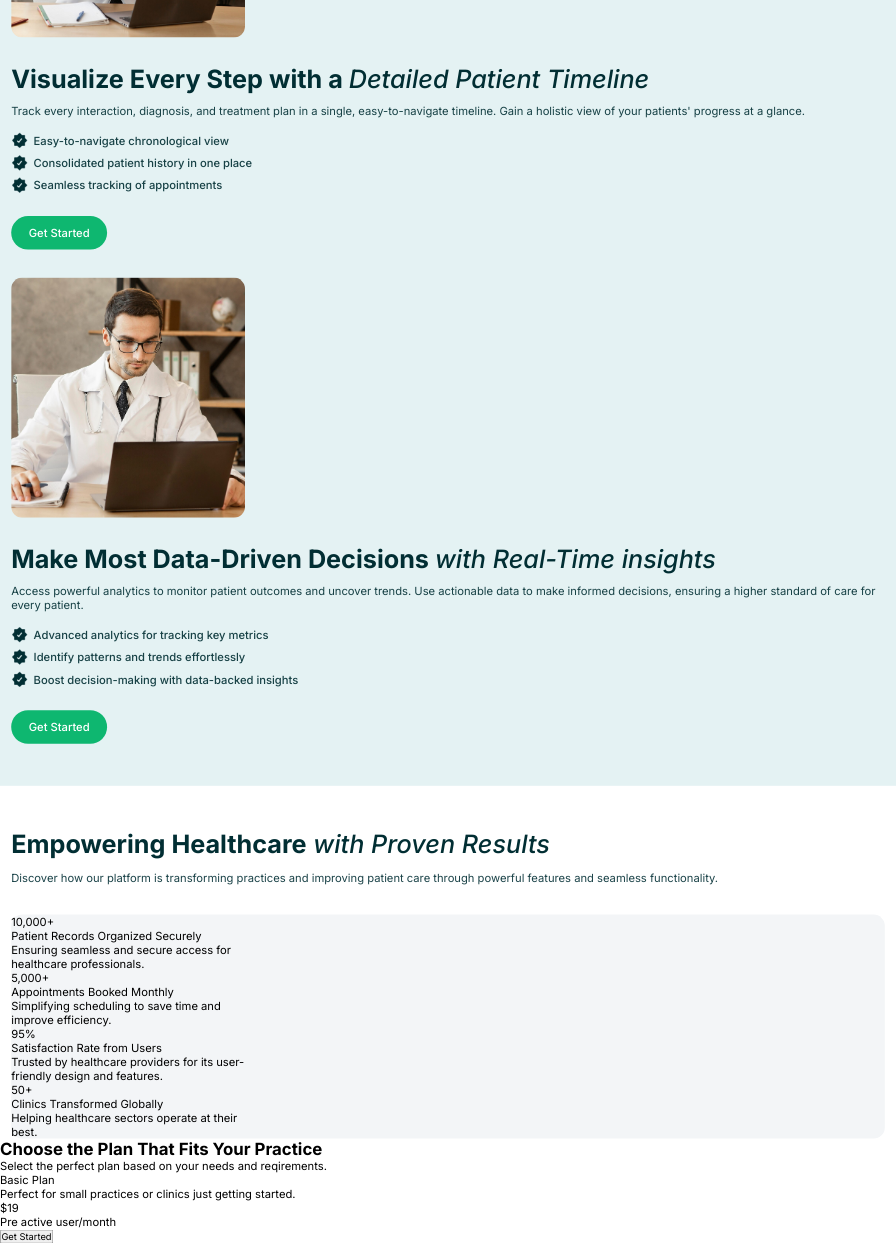
Repository: DiegoWWeege/recuperacao-prova-front-end
Page: index.html
These files come from the project's save history. The page is drawn as it stood at one moment and after the next save; the edit follows.
The browser window is 1280 px wide. The pictures show the part of the page from y = 1882 to 3802 px (the page is 3658 px tall before and 3802 px after), at 70% of full size.

Above is the page before, as saved 2026-06-22 19:05:11.

### index.html
<!DOCTYPE html>
<html lang="pt-br">
<head>
    <meta charset="UTF-8">
    <meta name="viewport" content="width=device-width, initial-scale=1.0">
    <title>ERTIFY HEALTH</title>
    <link rel="stylesheet" href="style.css">
</head>
<body>

    <!--Cabeçalho da Lading Page-->

    <header>
        <img src="images/logo.png" alt="Ertify Health logo">

        <section>
        <button aria-label = "Get Started" class = "get-started-button">Get Started</button>

            <img src="icons/burguer-menu.png" alt="Burguer menu">
        </section>
    </header>

    <!--Conteúdo principal da Lading Page-->
    <main class = "hero-section">

        <section>
            <h1>Simple & Secure Patient <span>Management</span></h1>
            <!-- Foi dado um espaço na palavra &amp, pois quando junta apresentava erro no html!-->
            <p>CERTIFY’s platform automates intake & amp; check-in processes
            so you can put the focus back on delivering quality care.</p>
        </section>

        <section id = "buttons-section">
            <button  aria-label = "Get Started" class = "get-started-button">Get Started</button>
            <button aria-label = "Play demo" class = "play-demo-button">Play Demo</button>
        </section>

        <img src="images/three-doctors.png" alt="Three doctors">
    </main>



    <section class = "section-patient-journey">
        <h2>Get a Proper Visualisation on <span>Patient Jouney</span></h2>

        <p>Understand and  manage your patients' healthcare journeys with
            clarity and precision. Our platform offers tools that provide
            actionable insights at every stage.</p>


        <section class = "image-text-benefits">

            <img src="images/doctor-xray.png" alt="A doctor sitting in his desk looking at an x-ray">

            <h2>Visualize Every Step with a <span>Detailed Patient Timeline</span></h2>

            <p>Track every interaction, diagnosis, and treatment
                plan in a single, easy-to-navigate
                timeline. Gain a holistic view of your patients'
                progress at a glance.</p>

            <section class = "benefits-grid">

                <img src="icons/checkmark-badge-02.png" alt="">
                <p class = "benefit">Easy-to-navigate chronological view</p>

                <img src="icons/checkmark-badge-02.png" alt="">
                <p class = "benefit">Consolidated patient history in one place</p>

                <img src="icons/checkmark-badge-02.png" alt="">
                <p class = "benefit">Seamless tracking of appointments</p>

            </section>

            <button  aria-label = "Get Started" class = "get-started-button">Get Started</button>

        </section>

        <section class = "image-text-benefits">

            <img src="images/doctor-laptop.png" alt="A doctor sitting in his desk looking at an x-ray">

            <h2>Make Most Data-Driven Decisions <span>with Real-Time insights</span></h2>

            <p>Access powerful analytics to monitor patient outcomes
                and uncover trends. Use actionable data
                 to make informed decisions, ensuring a higher standard
                 of care for every patient.</p>

            <section class = "benefits-grid">

                <img src="icons/checkmark-badge-02.png" alt="">
                <p class = "benefit">Advanced analytics for tracking key metrics</p>

                <img src="icons/checkmark-badge-02.png" alt="">
                <p class = "benefit">Identify patterns and trends effortlessly</p>

                <img src="icons/checkmark-badge-02.png" alt="">
                <p class = "benefit">Boost decision-making with data-backed insights</p>

            </section>

            <button  aria-label = "Get Started" class = "get-started-button">Get Started</button>

        </section>

    </section>

    <section class = "section-empowering-healthcare">
        <section class = "main-text">
            <h2>Empowering Healthcare<span> with Proven Results</span></h2>

        <p>Discover how our platform is transforming practices and improving
            patient care through powerful features and seamless functionality.</p>
        </section>

        <section class = "boxes-grid">
            <section class = "large-box">
                <p class = "first-p">10,000+</p>
                <p class = "second-p">Patient Records Organized Securely</p>

                <p class = "third-p">Ensuring seamless and secure access for healthcare professionals.</p>
            </section>

            <section class = "tiny-box">
                <p>5,000+</p>
                <p>Appointments Booked Monthly</p>

                <p>Simplifying scheduling to save time and improve efficiency.</p>
            </section>

            <section class = "large-box">
                <p>95%</p>
                <p>Satisfaction Rate from Users</p>

                <p>Trusted by healthcare providers for its user-friendly design and features.</p>
            </section>

            <section class = "tiny-box">
                <p>50+</p>
                <p>Clinics Transformed Globally</p>

                <p>Helping healthcare sectors operate at their best.</p>
            </section>
        </section>

    </section>


    <section id="plans-section">
        <h2>Choose the Plan That Fits <span>Your Practice</span></h2>

        <p>Select the perfect plan based on your needs and reqirements. </p>

        <section class = "white-plan">
            <p>Basic Plan</p>

            <p>Perfect for small practices or clinics just getting started.</p>

            <p>$19</p>

            <p>Pre active user/month</p>


            <button class = "blank-get-started-button">Get Started</button>

            <section class = "qualities-grid">


            </section>
        </section>
    </section>
</body>
</html>

### style.css
@import url('https://fonts.googleapis.com/css2?family=Inter:ital,opsz,wght@0,14..32,100..900;1,14..32,100..900&family=Roboto:ital,wght@0,100..900;1,100..900&display=swap');

*{
    margin: 0px;
    padding: 0px;
    font-family: 'Inter', sans-serif;
}

img{
    object-fit: cover;
}

header{
    background-color: #012E33;
    width: 100vw;
    border-bottom: 1px solid #1A4347;
    display: grid;
    grid-template-columns: 1fr auto;
    align-items: center;
    padding: 1rem;
    box-sizing: border-box;
}

.get-started-button{
    background-color: #0EB770;
    color: white;
    font-size: 1rem;
    font-weight: 500;
    border-radius: 100px;
    height: 2.5rem;
    width: 8.063rem;
    border-style: none;
    justify-self: end;

}

header section{
    display: grid;
    grid-template-columns:auto auto;
    align-items: center;
    gap: 1rem;
}

.hero-section{
    background-color: #012E33;
    padding-top: 4.313rem;
    box-sizing: border-box;
}

.hero-section h1{
    font-family: "Inter" , sans-serif;
    font-size: 2.75rem;
    font-weight: 700;
    color: white;
    margin-bottom: 0.75rem;
    margin-left: 1.375rem;
    margin-right: 0.625rem;

}

.hero-section span{
    font-weight: 400;
    font-family: "Inter" , sans-serif;
    font-style: italic;
}

.hero-section p{
    color: rgba(255, 255, 255, 0.904);
    line-height: 1.625rem;
    margin-bottom: 4.313rem;
    margin-left: 1.375rem;
    margin-right: 0.625rem;
}

.hero-section #buttons-section button{
    width: 21.438rem;
    height: 3.5rem;
    margin-left: 1.375rem;
    margin-right: 0.625rem;
}

.hero-section #buttons-section .get-started-button{
    margin-bottom: 1rem;
}

.hero-section #buttons-section .play-demo-button{
    border: 1px solid #044046;
    border-radius: 100px;
    background: none;
    color: white;
    align-items: center;
    font-weight: 500;
    font-size: 16px;
}

.hero-section img{
    width: 100vw;
    margin-top: 2rem;
}

.section-patient-journey{
    background-color: #E4F2F3;
    padding-left: 1rem;
    padding-right: 1rem;
    padding-top: 3.75rem;
    padding-bottom: 3.75rem;
}

.section-patient-journey h2{
    font-family: "Inter" , sans-serif;
    font-weight: 700;
    font-size: 36px;
    line-height: 46px;
    color: #012E33;
    text-align: center;
}

.section-patient-journey span{
    font-weight: 500;
    font-style: italic;
}

.section-patient-journey p{
    color: #012e33e7;
    font-weight: 400;
    text-align: center;
    margin-top: 0.75rem;
}

.section-patient-journey img{
    height: 21.438rem;
    width: 20.875rem;
    border-radius: 1rem;
    margin-top: 2.5rem;
    margin-bottom: 2rem;
}

.section-patient-journey .image-text-benefits h2{
    text-align: start;
}

.section-patient-journey .image-text-benefits p{
    text-align:  start;
}

.image-text-benefits .benefits-grid{
    display: grid;
    grid-template-columns: auto 1fr;
    gap: 0.5rem;
    margin-top: 1.313rem;
    margin-bottom: 2rem;
}

.image-text-benefits .benefits-grid img{
    width: 1.5rem;
    height: 1.5rem;
    margin: 0px;

}

.image-text-benefits .benefits-grid p{
    margin: 0px;
    align-self: center;
    font-weight: 500;
}

.image-text-benefits .get-started-button{
    height: 3rem;
    width: 8.563rem;
}

.section-empowering-healthcare .main-text{
    margin-top: 3.75rem;
    margin-left: 1rem;
}

.section-empowering-healthcare .main-text h2{
    font-family: "Inter" , sans-serif;
    font-weight: 700;
    line-height: 46px;
    font-size: 36px;
    color: #012E33;
    margin-bottom: 0.75rem;
}

.section-empowering-healthcare .main-text span{
    font-weight: 500;
    font-style: italic;
}

.section-empowering-healthcare .main-text p{
    font-family: "Inter" , sans-serif;
    font-weight: 400;
    font-size: 16px;
    line-height: 26px;
    color: #012E33E5;
    margin-bottom: 2.5rem;

}

.section-empowering-healthcare .boxes-grid{
    display: grid;
    grid-template-columns: 21.438rem;
    background-color: #F3F5F7;
    border-radius: 16px;
    margin-left: 1rem;
    margin-right: 1rem;

.boxes-grid .first-box{
 margin-left: ;
}

After the next save:
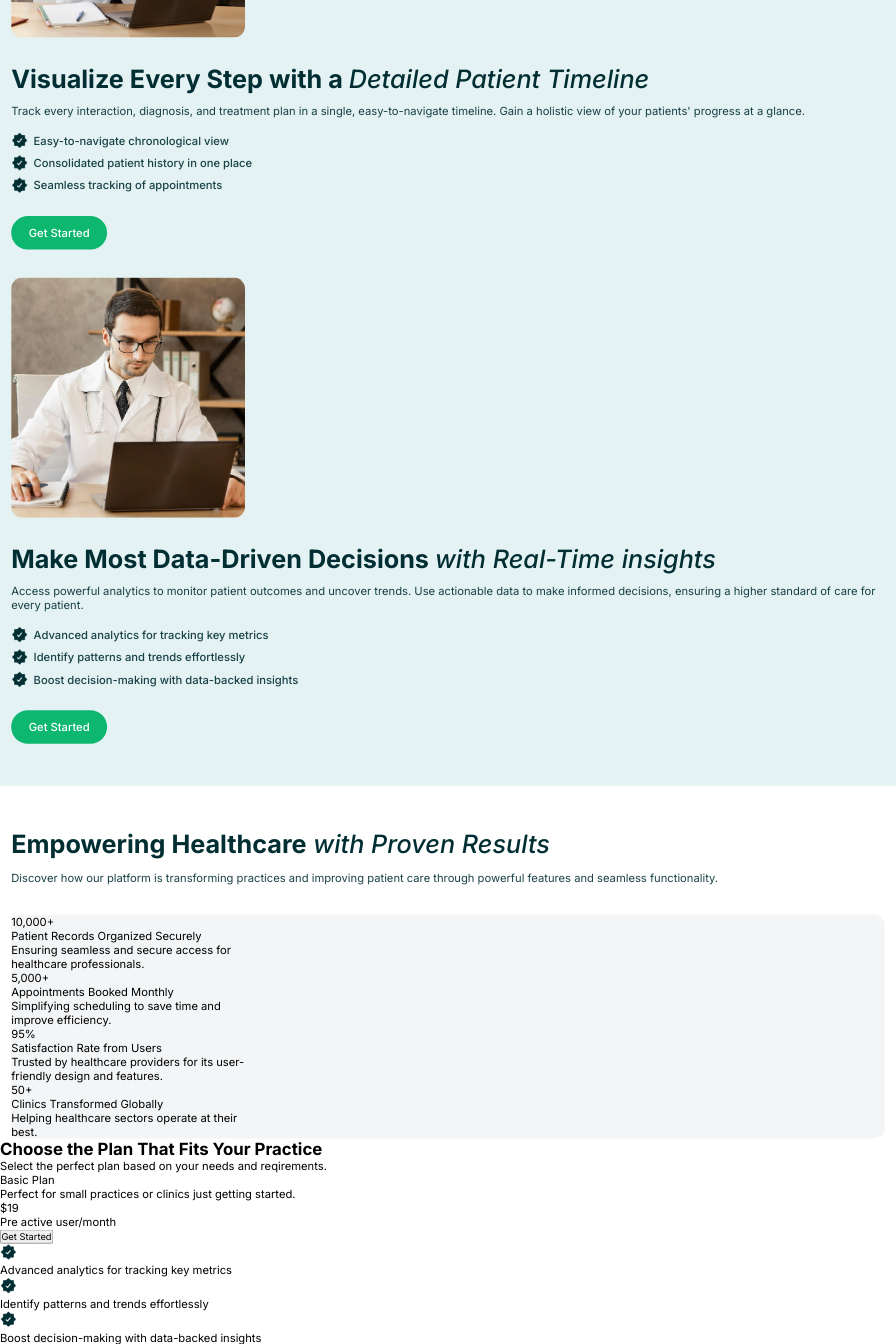
Saved 11 s later.
--- a/index.html
+++ b/index.html
@@ -166,6 +166,14 @@
 
             <section class = "qualities-grid">
 
+                <img src="icons/checkmark-badge-02.png" alt="">
+                <p class = "benefit">Advanced analytics for tracking key metrics</p>
+
+                <img src="icons/checkmark-badge-02.png" alt="">
+                <p class = "benefit">Identify patterns and trends effortlessly</p>
+
+                <img src="icons/checkmark-badge-02.png" alt="">
+                <p class = "benefit">Boost decision-making with data-backed insights</p>
 
             </section>
         </section>
